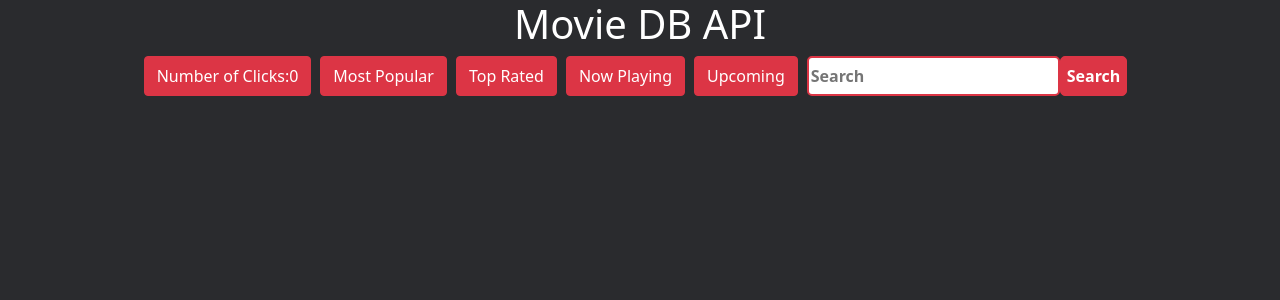
Repository: chaampavictor/moviedbapi
Page: /
An editor plug-in stored every save of this project. The page is shown before and after the next save, followed by the edit.
The browser window is 1280 px wide. The pictures show the whole page.
The page's requests for data from a server got no answer. The project was rebuilt for these pictures with package versions that can differ from the ones it lists, and the page was loaded fresh each time. No one was signed in, and anything a server would have sent is missing. Also part of the build but not shown: src/components/details.js.

Above is the page before, as saved 2022-01-22 12:31:18.

After the next save:
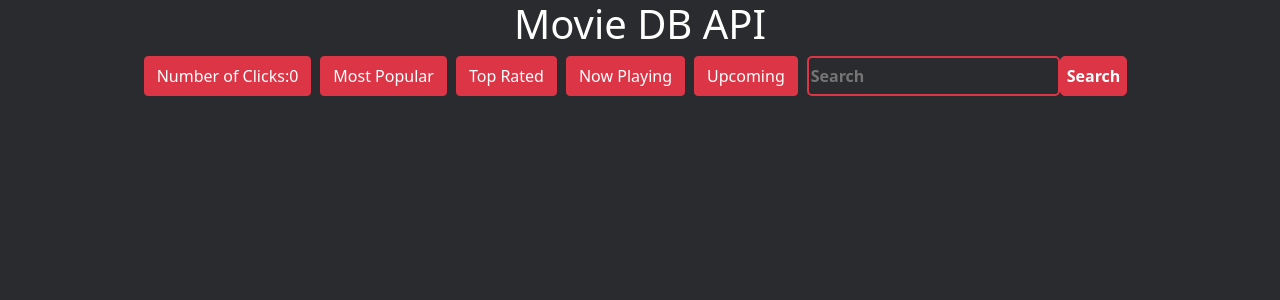
Saved 54 s later.
--- a/src/App.css
+++ b/src/App.css
@@ -33,7 +33,7 @@
 
 .searchbutton {
   border: 2px solid #dc3545;
-
+  background: #2a2b2e !important;
   height: 40px;
   /* margin-right: 9px; */
 
